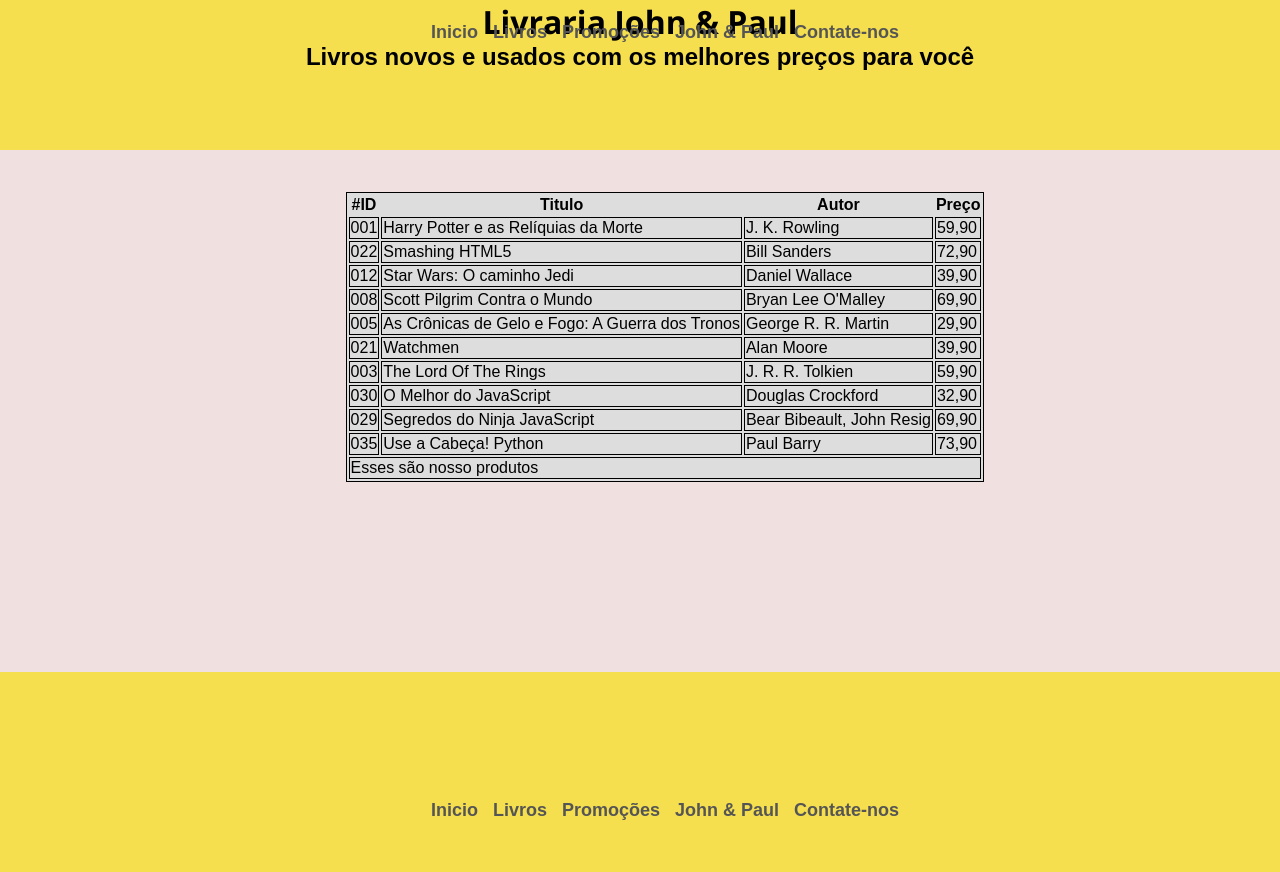
Repository: MarcoantonioCaldeira/Site-livraria-John-e-Paul
Page: produtos.html
These files come from the project's save history. The page is drawn as it stood at one moment and after the next save; the edit follows.
The browser window is 1280 px wide. The pictures show the whole page.

Above is the page before, as saved 2022-09-25 09:17:14.

After the next save:
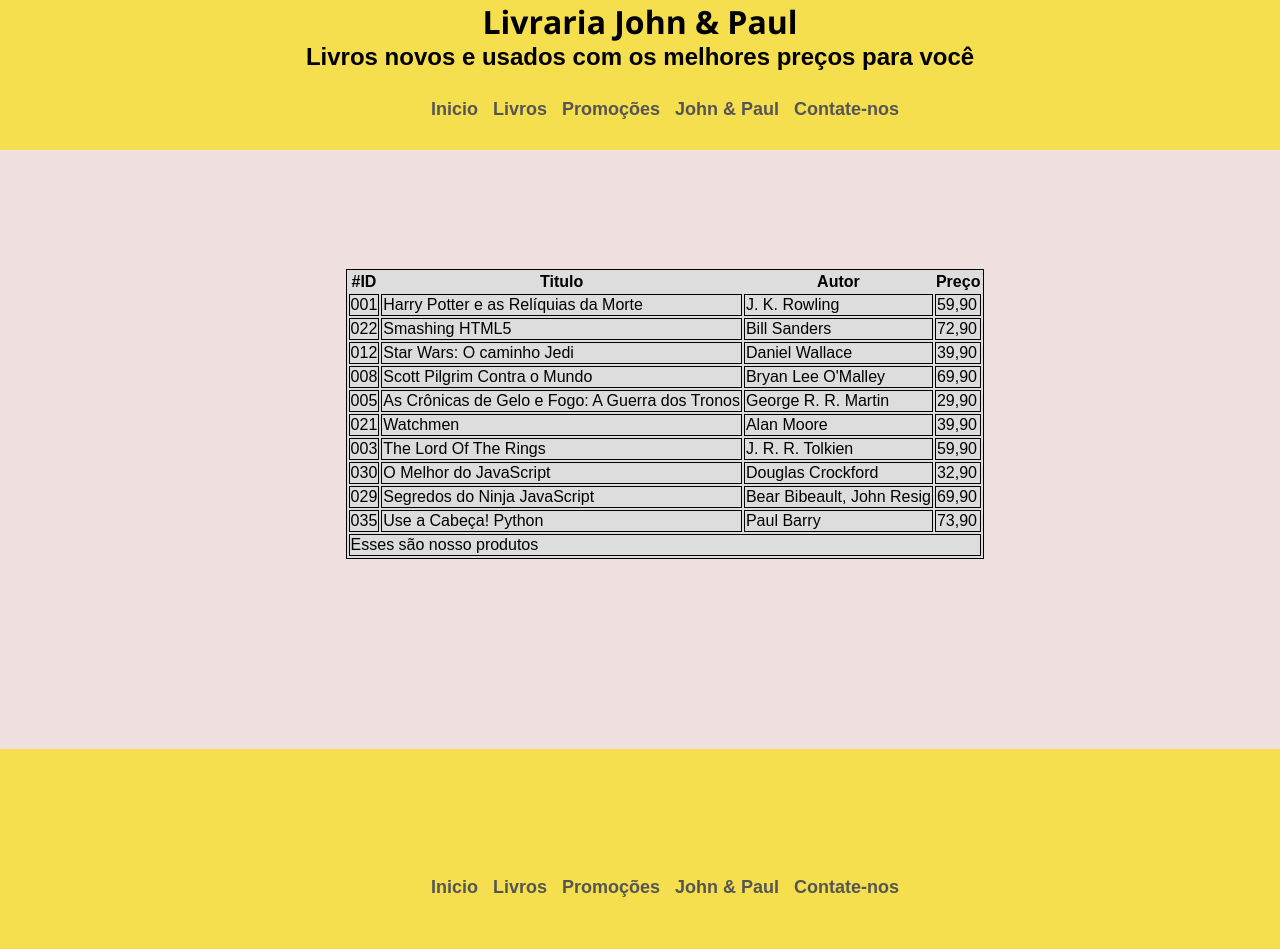
Saved 5 s later.
--- a/css/estilo.css
+++ b/css/estilo.css
@@ -137,7 +137,7 @@ li {
 #menu-produtos{
    width:50%;
    text-align: center;
-   margin-top: -10%;
+   margin-top: -4%;
    margin-left: 25%;
    height:50px;
 }
